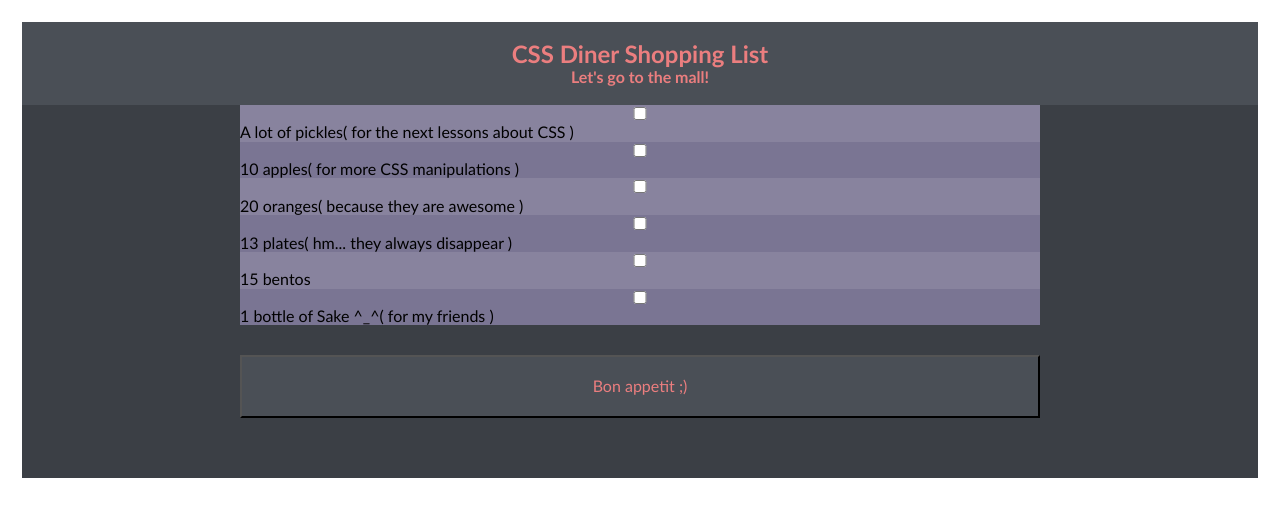
Repository: shpakovskaya/github.io
Page: selector css/shopping list/index.html
These files come from the project's save history. The page is drawn as it stood at one moment and after the next save; the edit follows.
The browser window is 1280 px wide. The pictures show the whole page.

Above is the page before, as saved 2021-11-06 17:35:29.

### selector css/shopping list/index.html
<!DOCTYPE html>
<html lang="en">
  <head>
    <meta charset="UTF-8" />
    <meta http-equiv="X-UA-Compatible" content="IE=edge" />
    <meta name="viewport" content="width=device-width, initial-scale=1.0" />
    <title>Shopping list</title>
    <link rel="shortcut icon" href="./favicon.ico" type="image/x-icon" />
    <link
      rel="stylesheet"
      href="https://cdnjs.cloudflare.com/ajax/libs/normalize/8.0.1/normalize.min.css"
      integrity="sha512-NhSC1YmyruXifcj/KFRWoC561YpHpc5Jtzgvbuzx5VozKpWvQ+4nXhPdFgmx8xqexRcpAglTj9sIBWINXa8x5w=="
      crossorigin="anonymous"
      referrerpolicy="no-referrer"
    />
    <link rel="stylesheet" href="./style.css" />
  </head>
  <body>
    <div class="container">
      <header class="header">
        <header class="header__wrapper">
          <br />
          <h2>CSS Diner Shopping List</h2>
          <h4>Let's go to the mall!</h4>
          <br />
        </header>
      </header>
      <div class="list">
        <form class="list__wrapper">
          <div class="c-list__wrapper">
            <div class="item">
              <input type="checkbox" id="pickles" name="pickles" />
              <label for="pickles">
                <span class="e-pickles">A lot of pickles</span></label
              >
            </div>
            <div class="item">
              <input type="checkbox" id="apples" name="apples" />
              <label for="apples">
                <span class="e-apples">10 apples</span>
              </label>
            </div>
            <div class="item">
              <input type="checkbox" id="oranges" name="oranges" />
              <label for="oranges"
                ><span class="e-oranges">20 oranges</span>
              </label>
            </div>
            <div class="item">
              <input type="checkbox" id="plates" name="plates" />
              <label for="plates"
                ><span class="e-plates">13 plates</span></label
              >
            </div>
            <div class="item">
              <input type="checkbox" id="bentos" name="bentos" />
              <label for="bentos"
                ><span class="e-bentos">15 bentos</span></label
              >
            </div>
            <div class="item">
              <input type="checkbox" id="bottle" name="bottle" />
              <label for="bottle"
                ><span class="e-bottle">1 bottle of Sake ^_^</span></label
              >
            </div>
          </div>
          <div class="submit">
            <input type="submit" class="bon__wrapper" value="Bon appetit ;)" />
          </div>
        </form>
      </div>
    </div>
  </body>
</html>

### selector css/shopping list/style.css
* {
  margin: 0;
  padding: 0;
  box-sizing: border-box;
  width: 100%;
  transition: all 0.1s ease-in;
}

.container {
  width: 100%;
  max-width: 1920px;
  height: 100%;
  /* box-sizing: border-box; */
  background: #3b3f45;
  border: #ffff solid 22px;
  font-family: "Trebuchet MS", Arial, sans-serif;
}
.header__wrapper {
  width: 100%;
  height: 20%;
  color: #eb7e7f;
  background: #4a4f56;
  text-align: center;
}

.list {
  display: flex;
  justify-content: center;
}

.list__wrapper {
  /* box-sizing: border-box; */
  width: 800px;
  background-color: #88839e;
}

/* .list__wrapper label {
  white-space: nowrap;
} */

.c-list__wrapper {
  /* margin-bottom: 20%; */
  border-bottom: 10px;
  border-color: #3b3f45;
}

.e-pickles::after {
  content: "( for the next lessons about CSS )";
  font-size: 16px;
}

.e-apples::after {
  content: "( for more CSS manipulations )";
  font-size: 16px;
}

.e-oranges::after {
  content: "( because they are awesome )";
  font-size: 16px;
}

.e-plates::after {
  content: "( hm... they always disappear )";
  font-size: 16px;
}

.e-bottle::after {
  content: "( for my friends )";
  font-size: 16px;
}

.e-pickles::before {
  content: initial;
  padding-right: 7px;
}

.submit {
  padding-top: 30px;
  background-color: #3b3f45;
  display: flex;
  justify-content: center;
  padding-bottom: 60px;
}

.bon__wrapper {
  width: 800px;
  /* box-sizing: border-box; */
  background: #4a4f56;
  color: #eb7e7f;
  padding: 20px 0 20px 0;
}

input[type="checkbox"] :checked {
  border: 2px solid white;
  text-decoration: line-through;
}

.item:nth-child(2n) {
  background-color: #7a7593;
}

#pickles > span::before {
}

After the next save:
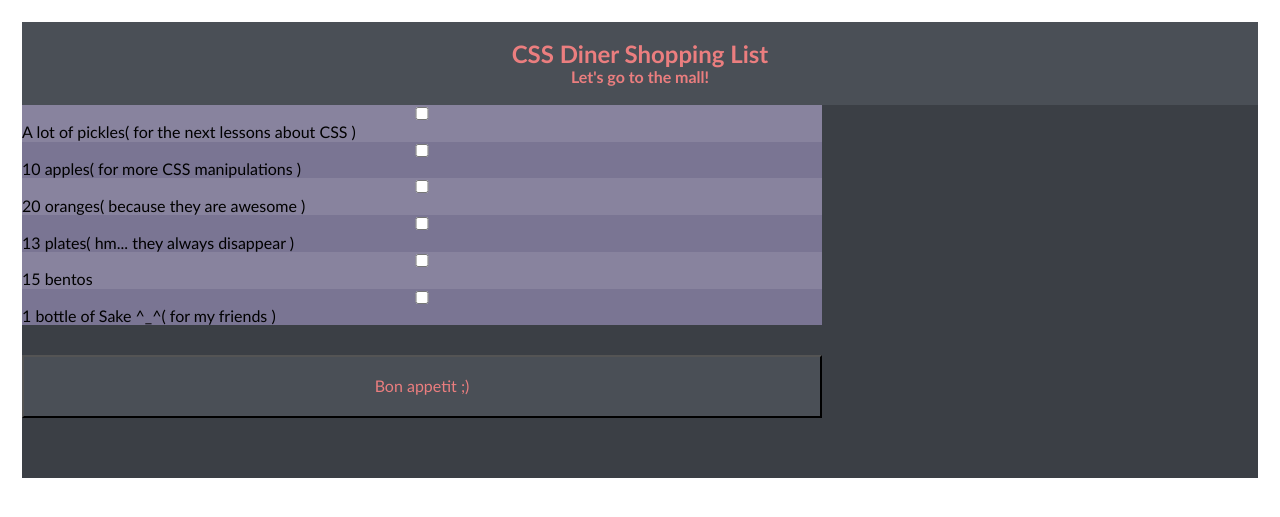
Saved 47 h 54 min later.
--- a/selector css/shopping list/style.css
+++ b/selector css/shopping list/style.css
@@ -23,10 +23,10 @@
   text-align: center;
 }
 
-.list {
+/* .list {
   display: flex;
   justify-content: center;
-}
+} */
 
 .list__wrapper {
   /* box-sizing: border-box; */

After the save that followed:
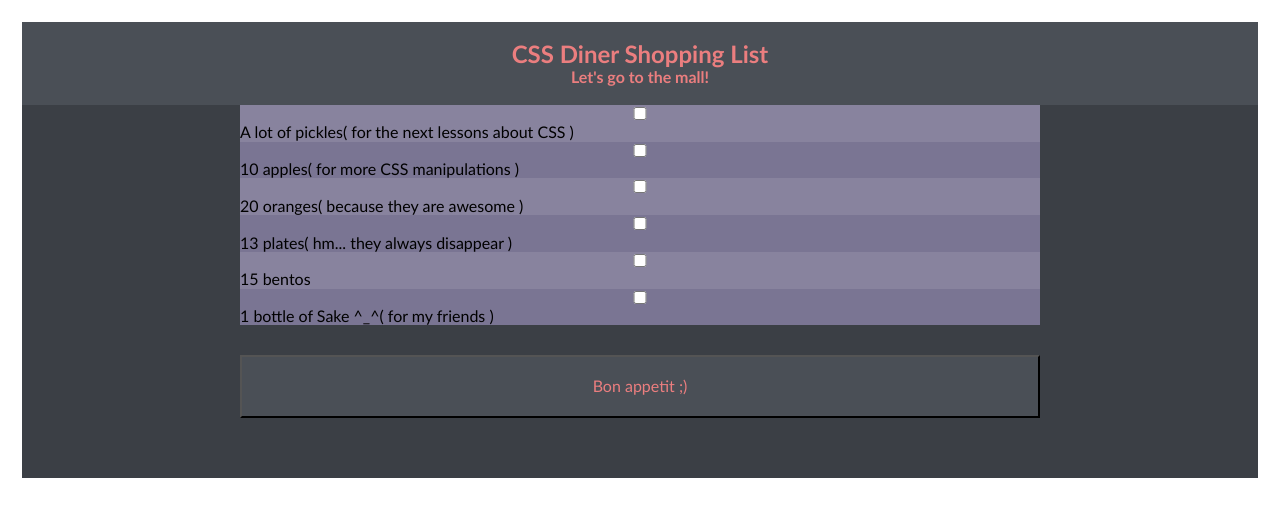
Saved 8 s later.
--- a/selector css/shopping list/style.css
+++ b/selector css/shopping list/style.css
@@ -23,10 +23,10 @@
   text-align: center;
 }
 
-/* .list {
+.list {
   display: flex;
   justify-content: center;
-} */
+}
 
 .list__wrapper {
   /* box-sizing: border-box; */
